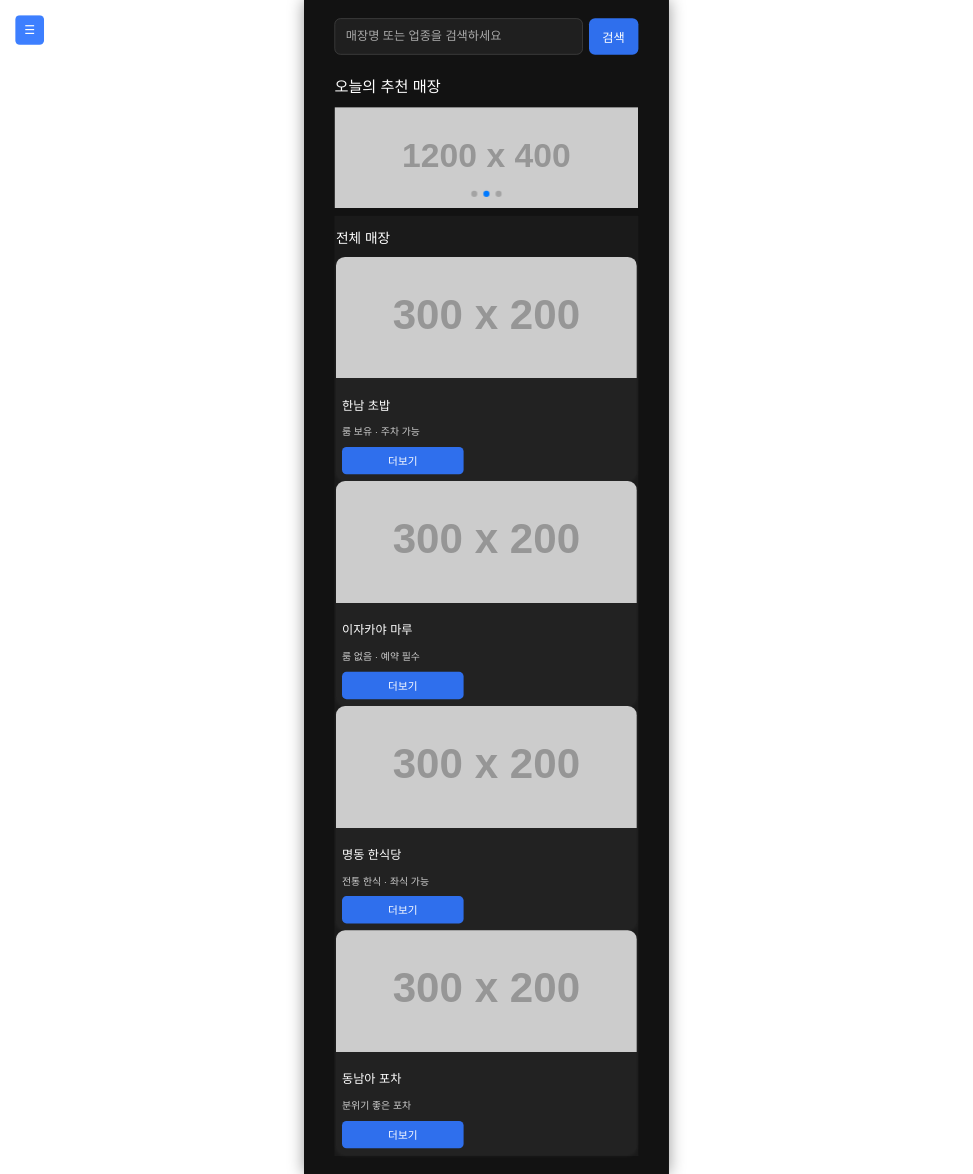
Repository: noiredex/Choplan-API
Page: / (app in choplan/frontend_main/)
These files come from the project's save history. The page is drawn as it stood at one moment and after the next save; the edit follows.
The browser window is 1280 px wide. The pictures show the whole page, at 76% of full size.
The project was rebuilt for these pictures with package versions that can differ from the ones it lists, and the page was loaded fresh each time. Also part of the build but not shown: choplan/frontend_main/vite.config.js, choplan/frontend_main/vite.config.ts, choplan/frontend_main/src/styles/StoreDetailPage.css, choplan/frontend_main/src/pages/StoreDetailPage.jsx.

Above is the page before, as saved 2025-10-29 10:32:36.

After the next save:
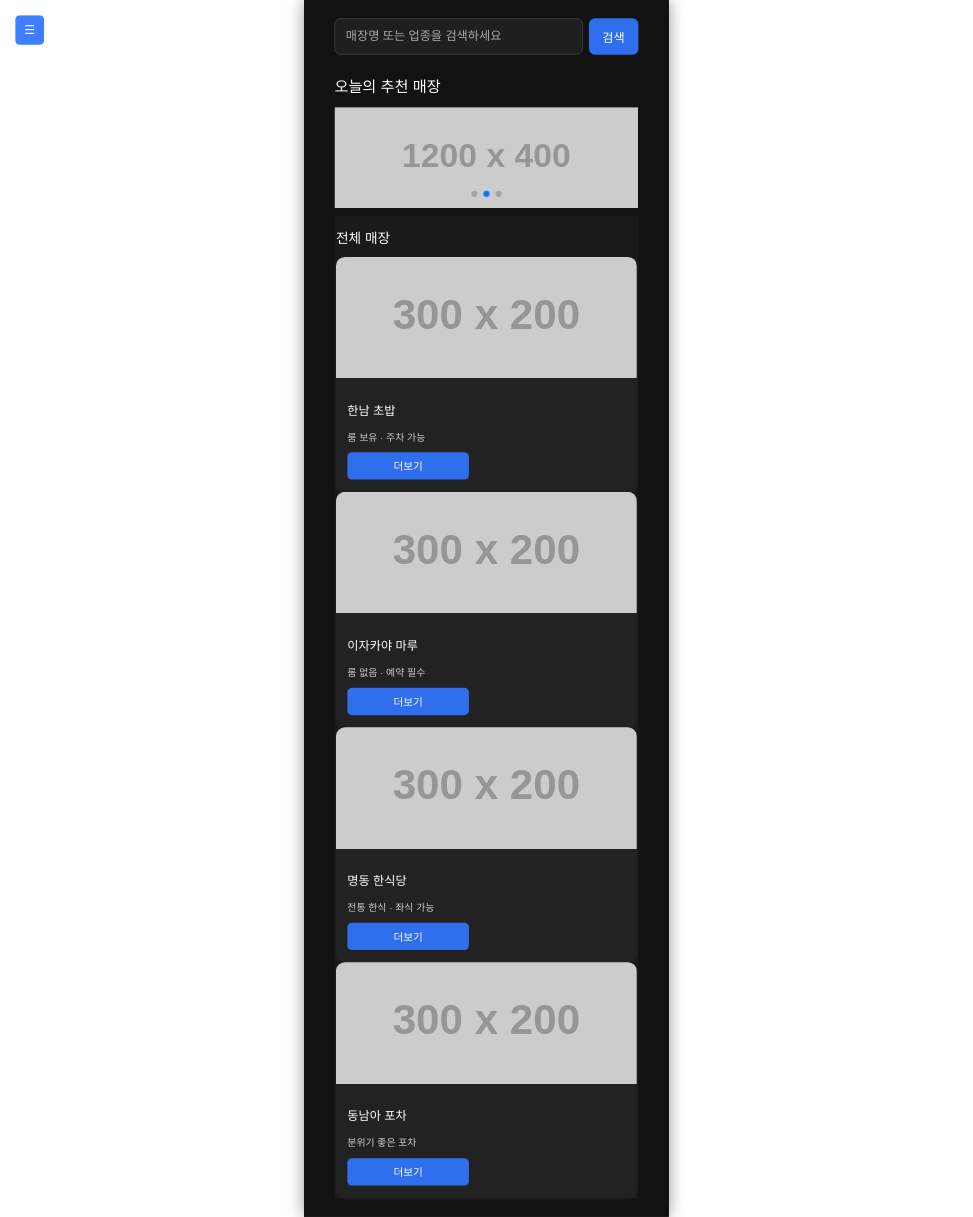
Saved 4 s later.
--- a/choplan/frontend_main/src/styles/RecommendedStores.css
+++ b/choplan/frontend_main/src/styles/RecommendedStores.css
@@ -45,7 +45,7 @@
 }
 
 .store-info {
-  padding: 8px;
+  padding: 15px;
 }
 
 .store-info h3 {
